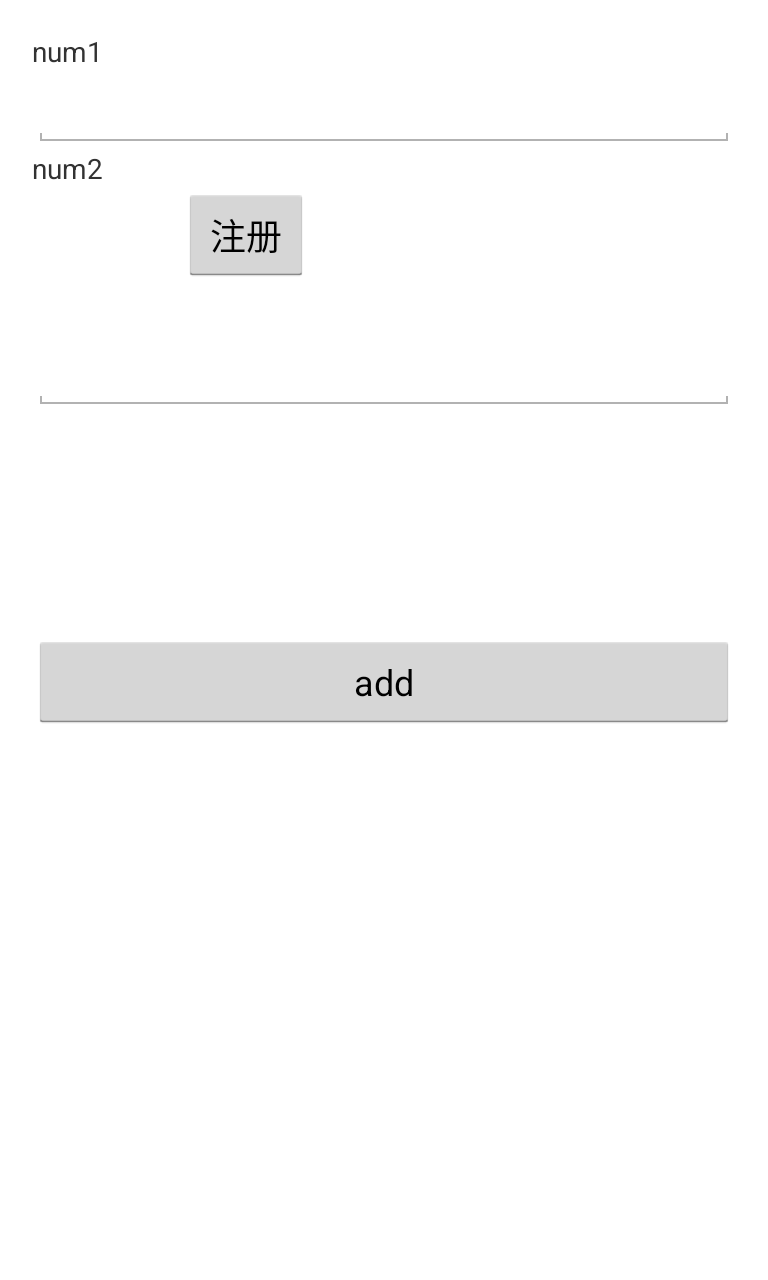
Repository: superlikex/Android_task
Layout: Calculate/res/layout/activity_main.xml
These files come from the project's save history. The layout is drawn as it stood at one moment and after the next save; the edit follows.
It is drawn on a 768 x 1280 px phone screen (xhdpi) without system bars, with theme AppTheme; the app's code is not run.

Above is the layout before, as saved 2015-12-01 03:05:56.

### Calculate/res/layout/activity_main.xml
<LinearLayout xmlns:android="http://schemas.android.com/apk/res/android"
    xmlns:tools="http://schemas.android.com/tools"
    android:layout_width="match_parent"
    android:layout_height="match_parent"
    android:orientation="vertical"
    android:gravity="fill"
    android:paddingBottom="@dimen/activity_vertical_margin"
    android:paddingLeft="@dimen/activity_horizontal_margin"
    android:paddingRight="@dimen/activity_horizontal_margin"
    android:paddingTop="@dimen/activity_vertical_margin"
    tools:context="com.example.calculate.MainActivity" >

    <TextView
        android:id="@+id/text_username"
        android:layout_width="wrap_content"
        android:layout_height="wrap_content"
        android:text="num1" />

    <EditText
        android:id="@+id/number_1"
        android:layout_width="match_parent"
        android:layout_height="wrap_content" />

    <TextView
        android:id="@+id/text_password"
        android:layout_width="match_parent"
        android:layout_height="wrap_content"
        android:text="num2" />

    <LinearLayout
        android:id="@+id/linearLayout1"
        android:layout_width="wrap_content"
        android:layout_height="wrap_content"
        android:layout_above="@+id/number_2"
        android:layout_marginBottom="25dp"
        android:layout_marginLeft="75dp"
        android:layout_toRightOf="@+id/text_username" >

        <Button
            android:id="@+id/button_2"
            android:layout_width="match_parent"
            android:layout_height="wrap_content"
            android:text="注册" />
    </LinearLayout>

    <EditText
        android:id="@+id/number_2"
        android:layout_width="match_parent"
        android:layout_height="wrap_content"
        android:layout_alignParentBottom="true"
        android:layout_alignParentRight="true"
        android:layout_marginBottom="111dp"
        android:ems="10" />

    <Button
        android:id="@+id/button_add"
        android:layout_width="match_parent"
        android:layout_height="wrap_content"
        android:layout_above="@+id/linearLayout1"
        android:layout_alignParentRight="true"
        android:layout_marginBottom="30dp"
        android:text="add" />

</LinearLayout>

Loaded but not shown: Calculate/res/values/styles.xml (common file); Calculate/res/values-v11/styles.xml (common file); Calculate/res/values-v14/styles.xml (common file); Calculate/res/values/dimens.xml (common file); Calculate/res/values-w820dp/dimens.xml (common file)

After the next save:
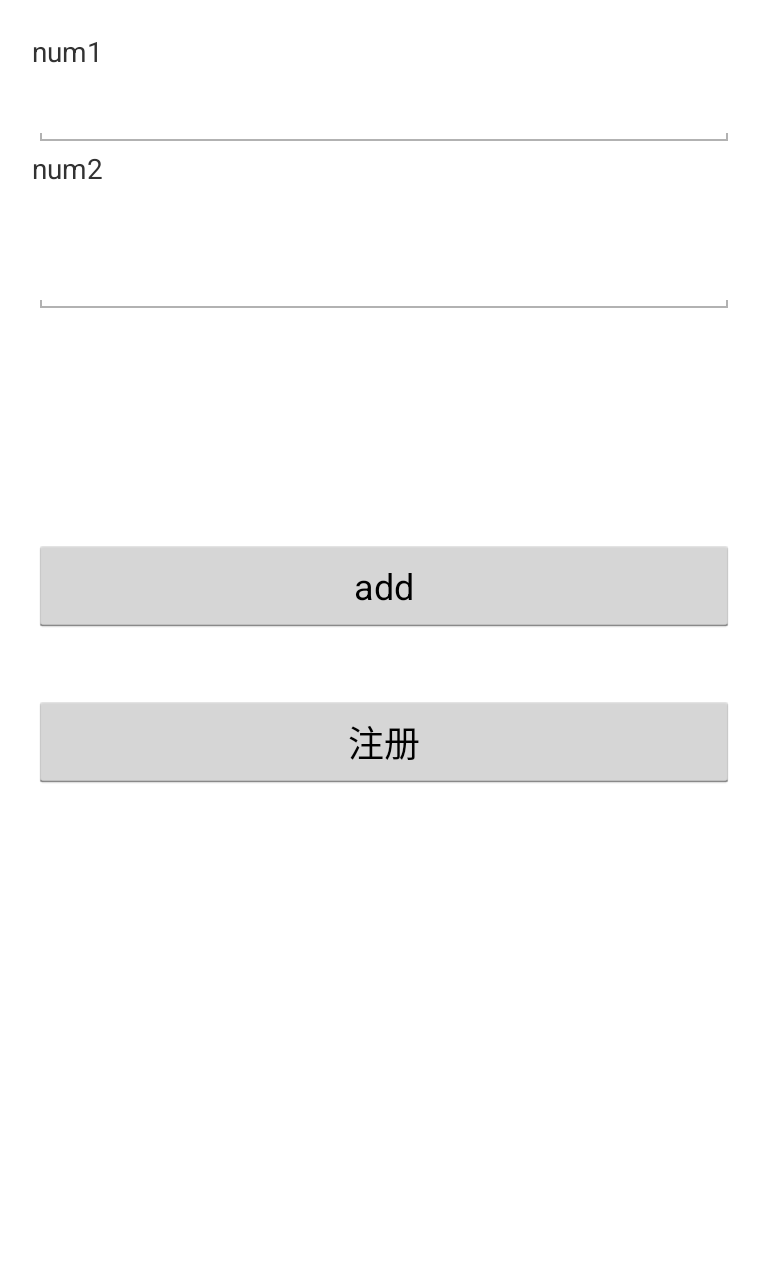
Saved 19 s later.
--- a/Calculate/res/layout/activity_main.xml
+++ b/Calculate/res/layout/activity_main.xml
@@ -35,12 +35,6 @@
         android:layout_marginBottom="25dp"
         android:layout_marginLeft="75dp"
         android:layout_toRightOf="@+id/text_username" >
-
-        <Button
-            android:id="@+id/button_2"
-            android:layout_width="match_parent"
-            android:layout_height="wrap_content"
-            android:text="注册" />
     </LinearLayout>
 
     <EditText
@@ -61,4 +55,10 @@
         android:layout_marginBottom="30dp"
         android:text="add" />
 
+    <Button
+        android:id="@+id/button_2"
+        android:layout_width="match_parent"
+        android:layout_height="wrap_content"
+        android:text="注册" />
+
 </LinearLayout>
